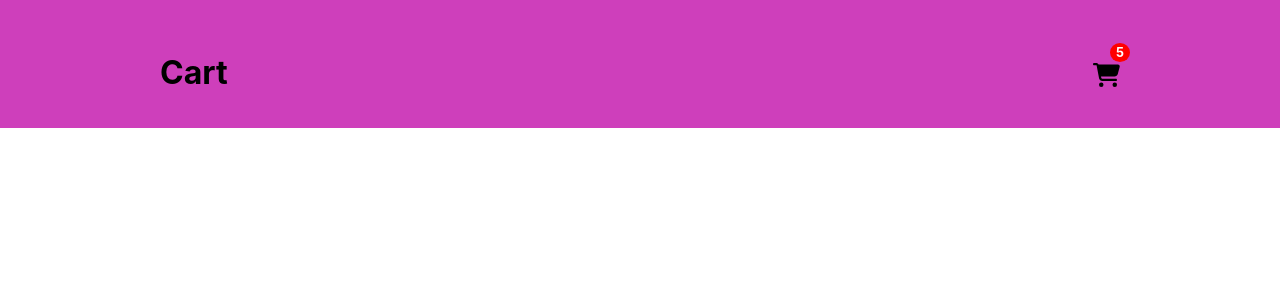
Repository: sriram1224/Cart-react-app
Page: /
An editor plug-in stored every save of this project. The page is shown before and after the next save, followed by the edit.
The browser window is 1280 px wide. The pictures show the whole page.
The project was rebuilt for these pictures with package versions that can differ from the ones it lists, and the page was loaded fresh each time.

Above is the page before, as saved 2024-03-12 13:51:28.

After the next save:
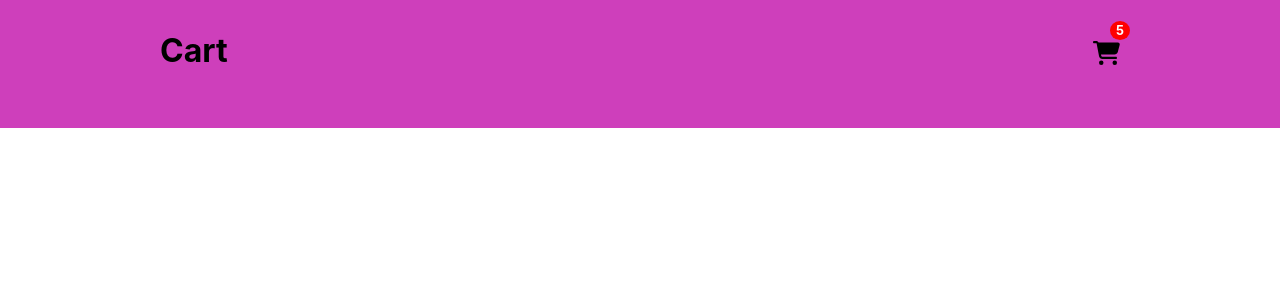
Saved 14 s later.
--- a/src/Components/Navbar.css
+++ b/src/Components/Navbar.css
@@ -27,7 +27,7 @@
     justify-content: space-between;
     margin: 0 10rem;
     align-items: center;
-    padding-top: 2rem;
+    padding-top: 10px;
 
 }
 
